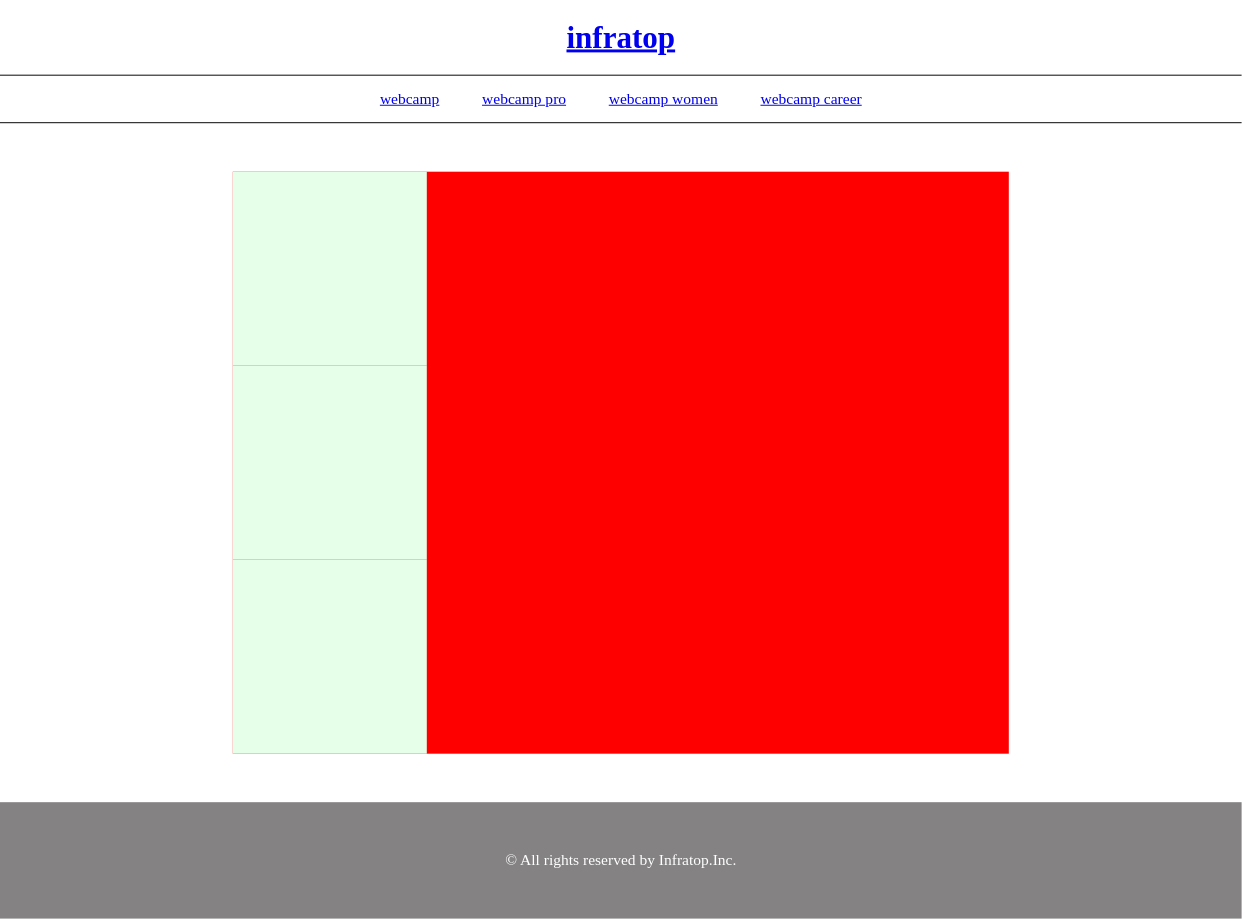
Repository: CarAll02/git-practice
Page: chapter5_exercise/index.html
The author's editor kept a record of every edit. The page is drawn from the files as they stood at one moment, then again after the next edit.
The browser window is 1280 px wide. The pictures show the whole page, at 97% of full size.

Above is the page before.

After the next edit:
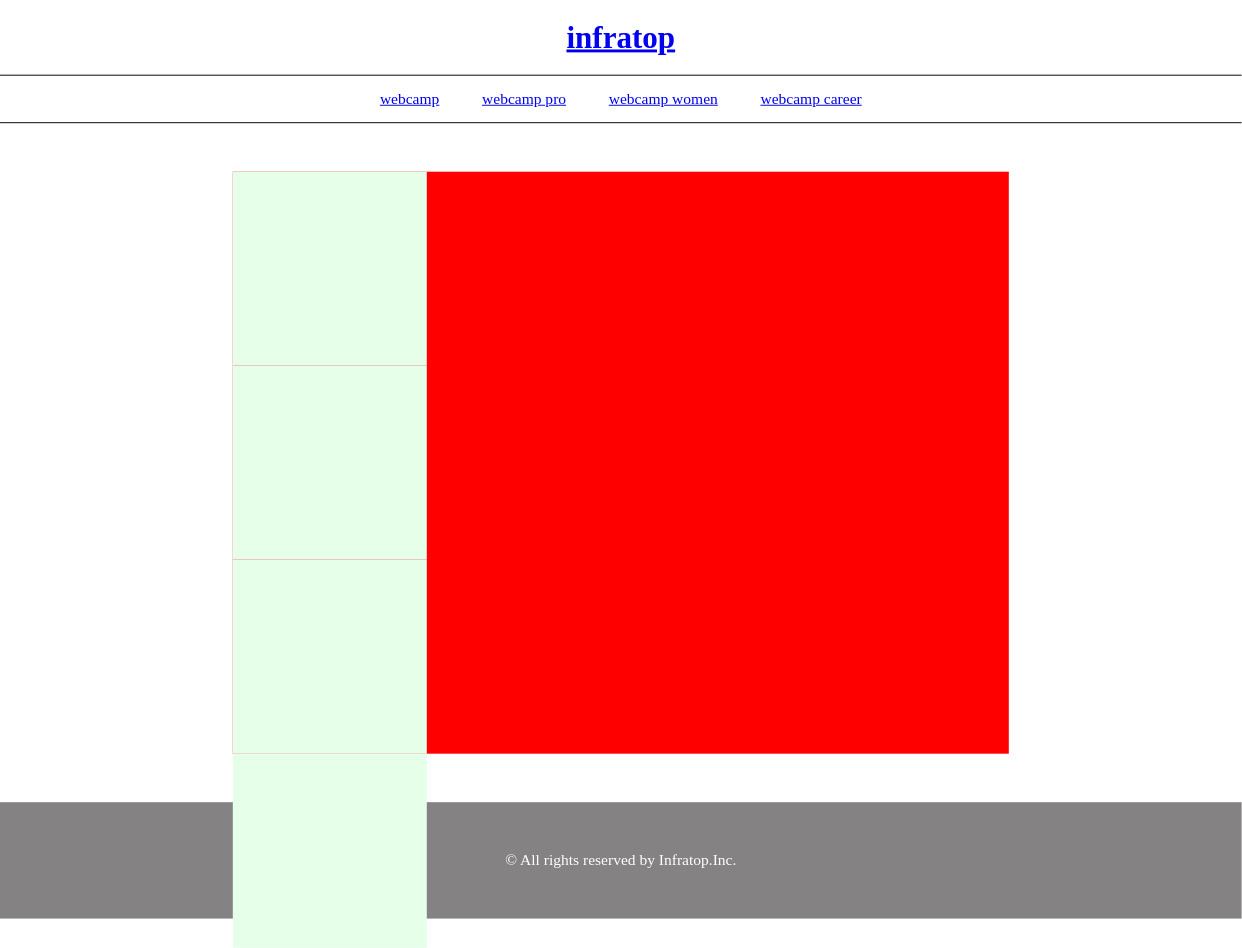
The edit:
--- a/chapter5_exercise/style.css
+++ b/chapter5_exercise/style.css
@@ -62,7 +62,7 @@
   background-color: #e6ffe9;
 }
 
-.green1{
+.green4{
   width:200px;
   height: 200px;
   background-color: #e6ffe9;
